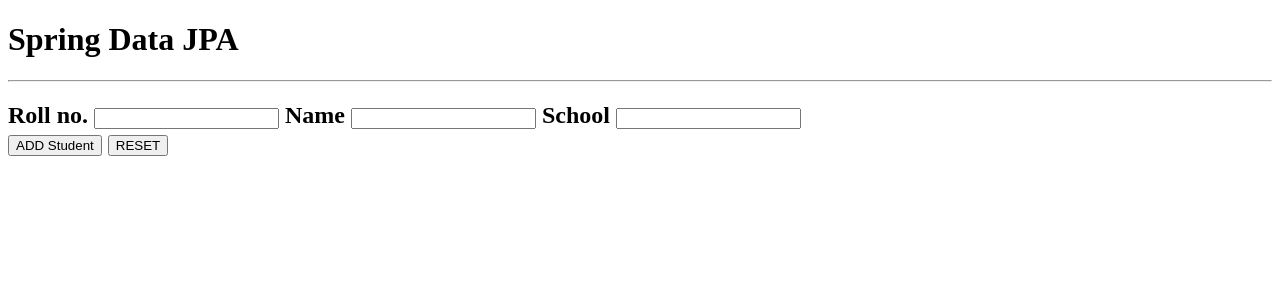
Repository: kesavarthini/week4
Page: http://localhost/db-boot-demo/enroll.jsp
The author's editor kept a copy of each file at every save. The page is drawn from the files as they stood at one save, then again after the next save.
The browser window is 1280 px wide. The pictures show the whole page.
The page is served by Tomcat 9.

Above is the page before, as saved 2019-07-23 10:04:14.

After the next save:
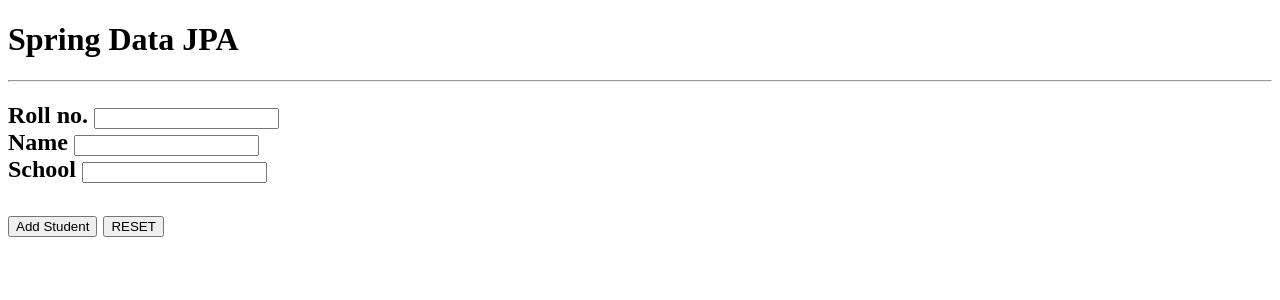
Saved 34 s later.
--- a/db-boot-demo/src/main/webapp/enroll.jsp
+++ b/db-boot-demo/src/main/webapp/enroll.jsp
@@ -11,10 +11,10 @@
 <hr>
 <form action="addStudent">
 <h2>
-Roll no. <input type="text" name="rollno">
-Name <input type="text" name="name">
-School <input type="text" name="school"><br>
-<input type="submit" name="submit" value="ADD Student">
+Roll no. <input type="text" name="rollno"><br>
+Name <input type="text" name="name"><br>
+School <input type="text" name="school"><br><br>
+<input type="submit" name="submit" value="Add Student">
 <input type="reset" name="reset" value="RESET">
 </h2>
 
